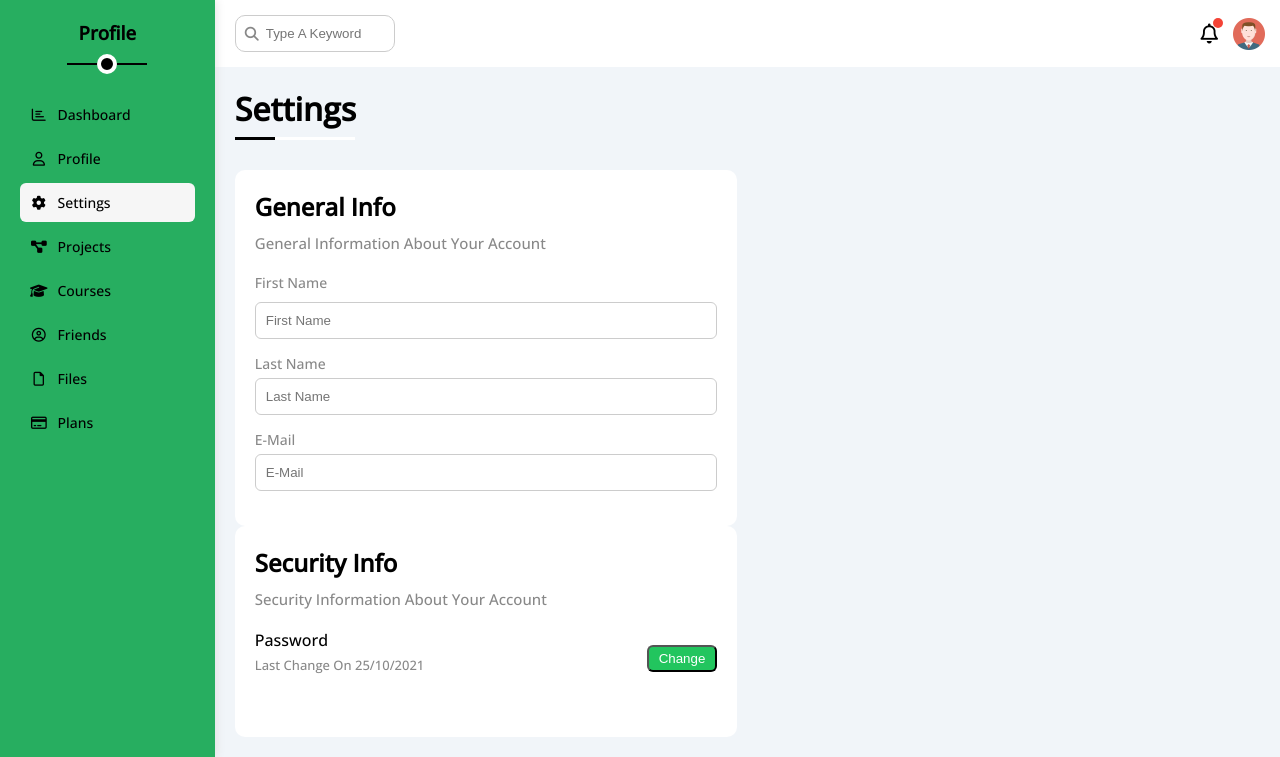
Repository: souhailaniba/Bookly
Page: public/assets/books webstie/settings.html
An editor plug-in stored every save of this project. The page is shown before and after the next save, followed by the edit.
The browser window is 1280 px wide. The pictures show the whole page.

Above is the page before, as saved 2023-01-27 15:01:17.

### public/assets/books webstie/settings.html
<!DOCTYPE html>
<html lang="en">
  <head>
    <meta charset="UTF-8" />
    <meta http-equiv="X-UA-Compatible" content="IE=edge" />
    <meta name="viewport" content="width=device-width, initial-scale=1.0" />
    <title>Settings</title>
    <link rel="stylesheet" href="css/all.min.css" />
    <link rel="stylesheet" href="css/framework.css" />
    <link rel="stylesheet" href="css/master.css" />
    <link rel="preconnect" href="https://fonts.googleapis.com" />
    <link rel="preconnect" href="https://fonts.gstatic.com" crossorigin />
    <link href="https://fonts.googleapis.com/css2?family=Open+Sans:wght@300;500&display=swap" rel="stylesheet" />
  </head>
  <body>
    <div class="page d-flex">
      <div class="sidebar bg-white p-20 p-relative"   style="background-color: #27ae60;">
        <h3 class="p-relative txt-c mt-0">Profile</h3>
        <ul>
          <li>
            <a class="d-flex align-center fs-14 c-black rad-6 p-10" href="profil.html">
              <i class="fa-regular fa-chart-bar fa-fw"></i>
              <span>Dashboard</span>
            </a>
          </li>
          <li>
            <a class="d-flex align-center fs-14 c-black rad-6 p-10" href="profile.html">
              <i class="fa-regular fa-user fa-fw"></i>
              <span>Profile</span>
            </a>
          </li>
          <li>
            <a class="active d-flex align-center fs-14 c-black rad-6 p-10" href="settings.html">
              <i class="fa-solid fa-gear fa-fw"></i>
              <span>Settings</span>
            </a>
          </li>
          <li>
            <a class="d-flex align-center fs-14 c-black rad-6 p-10" href="projects.html">
              <i class="fa-solid fa-diagram-project fa-fw"></i>
              <span>Projects</span>
            </a>
          </li>
          <li>
            <a class="d-flex align-center fs-14 c-black rad-6 p-10" href="courses.html">
              <i class="fa-solid fa-graduation-cap fa-fw"></i>
              <span>Courses</span>
            </a>
          </li>
          <li>
            <a class="d-flex align-center fs-14 c-black rad-6 p-10" href="friends.html">
              <i class="fa-regular fa-circle-user fa-fw"></i>
              <span>Friends</span>
            </a>
          </li>
          <li>
            <a class="d-flex align-center fs-14 c-black rad-6 p-10" href="files.html">
              <i class="fa-regular fa-file fa-fw"></i>
              <span>Files</span>
            </a>
          </li>
          <li>
            <a class="d-flex align-center fs-14 c-black rad-6 p-10" href="plans.html">
              <i class="fa-regular fa-credit-card fa-fw"></i>
              <span>Plans</span>
            </a>
          </li>
        </ul>
      </div>
      <div class="content w-full">
        <!-- Start Head -->
        <div class="head bg-white p-15 between-flex">
          <div class="search p-relative">
            <input class="p-10" type="search" placeholder="Type A Keyword" />
          </div>
          <div class="icons d-flex align-center">
            <span class="notification p-relative">
              <i class="fa-regular fa-bell fa-lg"></i>
            </span>
            <img src="imgs/avatar.png" alt="" />
          </div>
        </div>
        <!-- End Head -->
        <h1 class="p-relative">Settings</h1>
        <div class="settings-page m-20 d-grid gap-20">
          <!-- Start Settings Box -->
          <form action="">
            <div class="p-20 bg-white rad-10">
              <h2 class="mt-0 mb-10">General Info</h2>
              <p class="mt-0 mb-20 c-grey fs-15">General Information About Your Account</p>
              <div class="mb-15">
                <label class="fs-14 c-grey d-block mb-10" for="first">First Name</label>
                <input
                  class="b-none border-ccc p-10 rad-6 d-block w-full"
                  type="text"
                  id="first"
                  placeholder="First Name"
                />
              </div>
              <div class="mb-15">
                <label class="fs-14 c-grey d-block mb-5" for="last">Last Name</label>
                <input
                  class="b-none border-ccc p-10 rad-6 d-block w-full"
                  id="last"
                  type="text"
                  placeholder="Last Name"
                />
              </div>
              <div class="mb-15">
                <label class="fs-14 c-grey d-block mb-5" for="email">E-Mail</label>
                <input
                  class="b-none border-ccc p-10 rad-6 d-block w-full"
                  id="email"
                  type="email"
                  placeholder="E-Mail"
                />
              </div>
            </div>
          <div class="p-20 bg-white rad-10">
            <h2 class="mt-0 mb-10">Security Info</h2>
            <p class="mt-0 mb-20 c-grey fs-15">Security Information About Your Account</p>
            <div class="sec-box mb-15 between-flex">
              <div>
                <span>Password</span>
                <p class="c-grey mt-5 mb-0 fs-13">Last Change On 25/10/2021</p>
              </div>
              <button class="button bg-green c-white btn-shape" type="submit" action="">Change</button>
            </div>
          </div>
        </form>
          <!-- End Settings Box -->
        </div>
      </div>
    </div>
  </body>
</html>

### public/assets/books webstie/css/framework.css
:root {
  --blue-color: #0075ff;
  --blue-alt-color: #0d69d5;
  --orange-color: #f59e0b;
  --green-color: #22c55e;
  --red-color: #f44336;
  --grey-color: #888;
}
/* Start Box */
.d-flex {
  display: flex;
}
.f-wrap {
  flex-wrap: wrap;
}
.align-center {
  align-items: center;
}
.space-between {
  justify-content: space-between;
}
.d-grid {
  display: grid;
}
.gap-20 {
  gap: 20px;
}
.d-block {
  display: block;
}
@media (max-width: 767px) {
  .block-mobile {
    display: block;
  }
  .hide-mobile {
    display: none;
  }
}
/* End Box */
/* Start Padding + Margin */
.p-10 {
  padding: 10px;
}
.p-15 {
  padding: 15px;
}
.p-20 {
  padding: 20px;
}
.pt-10 {
  padding-top: 10px;
}
.pt-15 {
  padding-top: 15px;
}
.pt-20 {
  padding-top: 20px;
}
.pb-10 {
  padding-bottom: 10px;
}
.pb-15 {
  padding-bottom: 15px;
}
.pb-20 {
  padding-bottom: 20px;
}
.pl-15 {
  padding-left: 15px;
}
.m-0 {
  margin: 0;
}
.m-15 {
  margin: 15px;
}
.m-20 {
  margin: 20px;
}
.mt-0 {
  margin-top: 0;
}
.mt-5 {
  margin-top: 5px;
}
.mt-10 {
  margin-top: 10px;
}
.mt-15 {
  margin-top: 15px;
}
.mt-20 {
  margin-top: 20px;
}
.mt-25 {
  margin-top: 25px;
}
.mr-10 {
  margin-right: 10px;
}
.mr-15 {
  margin-right: 15px;
}
.mb-5 {
  margin-bottom: 5px;
}
.mb-10 {
  margin-bottom: 10px;
}
.mb-15 {
  margin-bottom: 15px;
}
.mb-20 {
  margin-bottom: 20px;
}
.mb-25 {
  margin-bottom: 25px;
}
/* End Padding + Margin */
/* Start Color */
.c-black {
  color: black;
}
.c-white {
  color: white;
}
.c-grey {
  color: var(--grey-color);
}
.c-red {
  color: var(--red-color);
}
.c-green {
  color: var(--green-color);
}
.c-blue {
  color: var(--blue-color);
}
.c-orange {
  color: var(--orange-color);
}
.bg-red {
  background-color: var(--red-color);
}
.bg-green {
  background-color: var(--green-color);
}
.bg-blue {
  background-color: var(--blue-color);
}
.bg-orange {
  background-color: var(--orange-color);
}
.bg-white {
  background-color: white;
}
.bg-eee {
  background-color: #eee;
}
/* End Color */
/* Start Position */
.p-relative {
  position: relative;
}
.p-absolute {
  position: absolute;
}
/* End Position */
/* Start Font */
.txt-c {
  text-align: center;
}
.fs-13 {
  font-size: 13px;
}
.fs-14 {
  font-size: 14px;
}
.fs-15 {
  font-size: 15px;
}
.fs-25 {
  font-size: 25px;
}
.fw-bold {
  font-weight: bold;
}
@media (max-width: 767px) {
  .txt-c-mobile {
    text-align: center;
  }
}
/* End Font */
/* Start Border */
.rad-6 {
  border-radius: 6px;
}
.rad-10 {
  border-radius: 10px;
}
.rad-half {
  border-radius: 50%;
}
.b-none {
  border: none;
}
.border-ccc {
  border: 1px solid #ccc;
}
.border-eee {
  border: 1px solid #eee;
}

/* End Border */
/* Start Width + Height */
.w-full {
  width: 100%;
}
.w-100 {
  width: 100px;
}
.w-fit {
  width: fit-content;
}
.h-full {
  height: 100%;
}
.h-100 {
  height: 100px;
}
/* End Width + Height */
/* Start Components */
.center-flex {
  display: flex;
  align-items: center;
  justify-content: center;
}
.between-flex {
  display: flex;
  align-items: center;
  justify-content: space-between;
}
.btn-shape {
  padding: 4px 10px;
  border-radius: 6px;
}
/* End Components */

Loaded but not shown: public/assets/books webstie/css/all.min.css (library); public/assets/books webstie/css/master.css (1171 lines, source omitted)

After the next save:
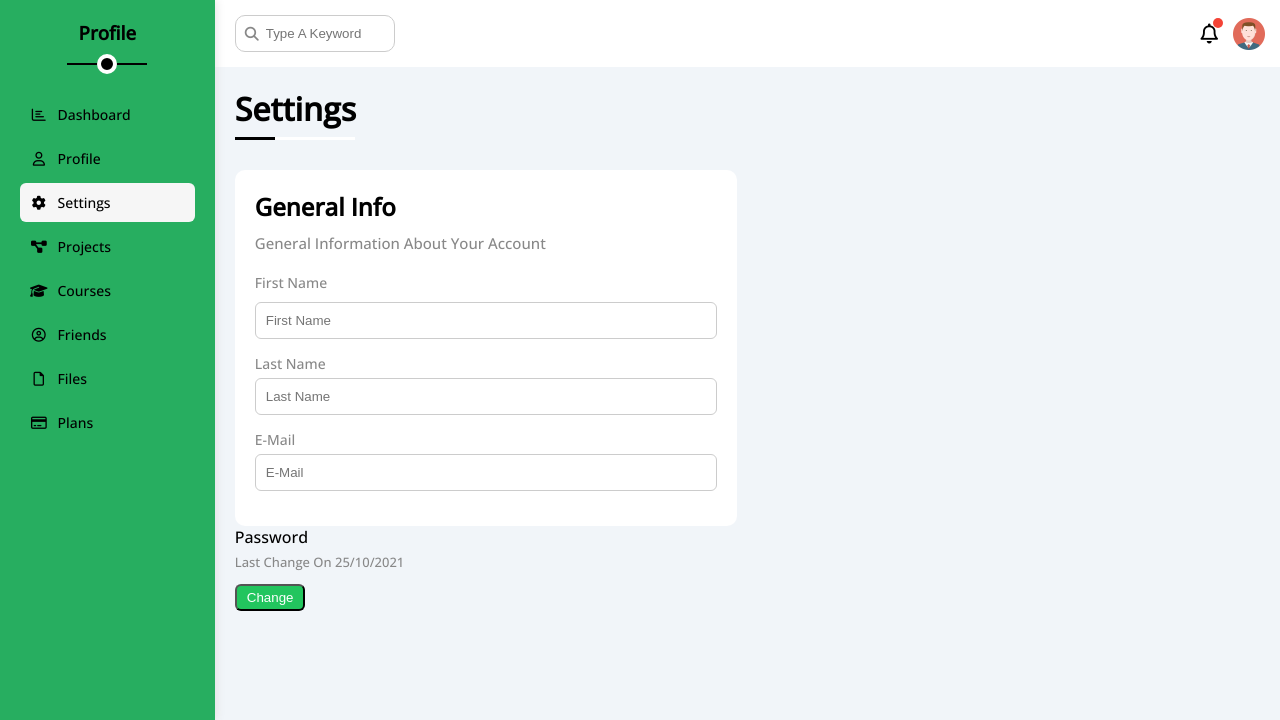
Saved 20 s later.
--- a/public/assets/books webstie/settings.html
+++ b/public/assets/books webstie/settings.html
@@ -116,10 +116,6 @@
                 />
               </div>
             </div>
-          <div class="p-20 bg-white rad-10">
-            <h2 class="mt-0 mb-10">Security Info</h2>
-            <p class="mt-0 mb-20 c-grey fs-15">Security Information About Your Account</p>
-            <div class="sec-box mb-15 between-flex">
               <div>
                 <span>Password</span>
                 <p class="c-grey mt-5 mb-0 fs-13">Last Change On 25/10/2021</p>
